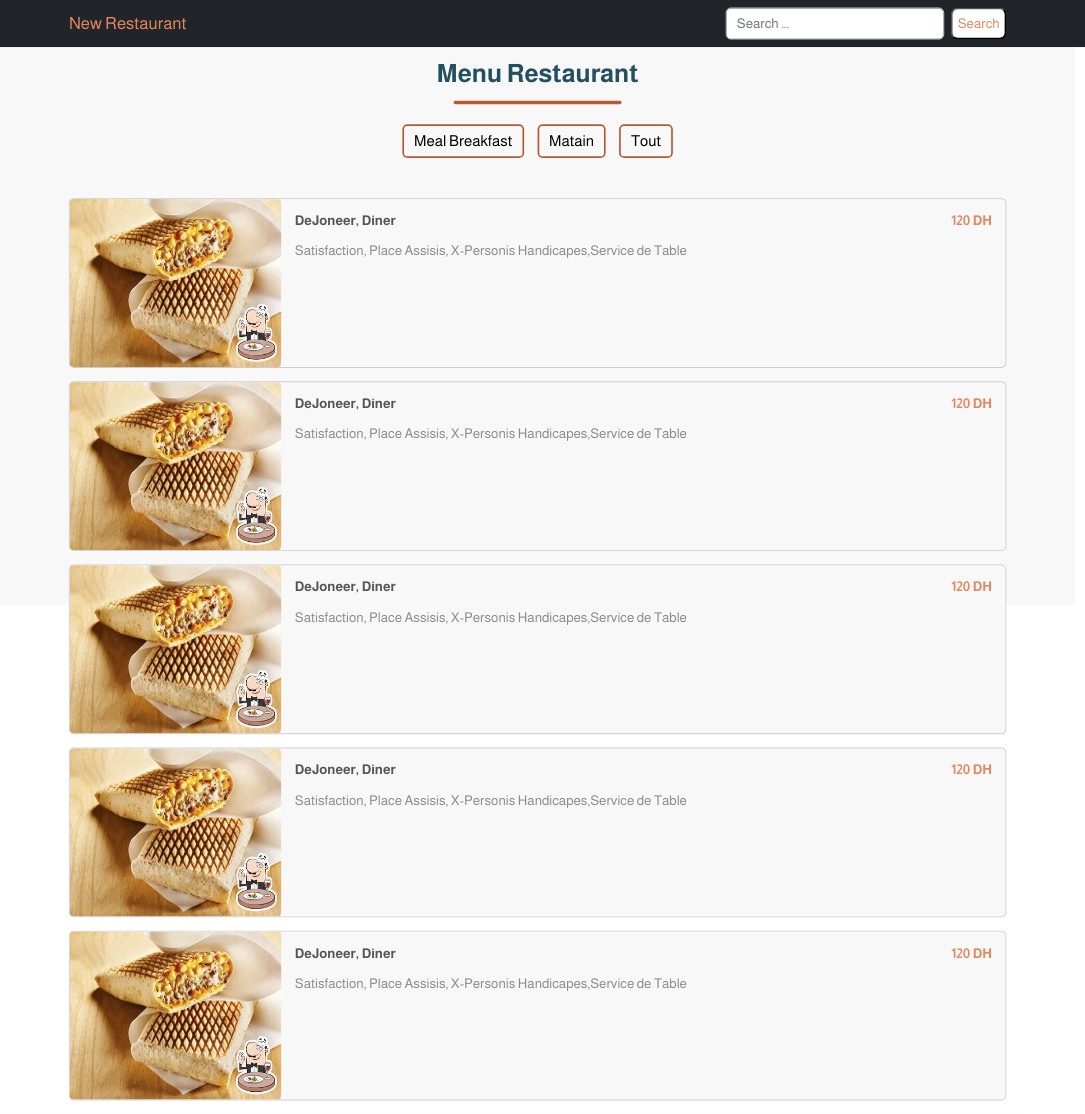
Repository: SD-Mdouka/react-table
Page: /
An editor plug-in stored every save of this project. The page is shown before and after the next save, followed by the edit.
The browser window is 1280 px wide. The page is 1292 px wide, so the pictures cover 1292 px, including what lies to the right of the window. The pictures show the whole page, at 84% of full size.
The project was rebuilt for these pictures with package versions that can differ from the ones it lists, and the page was loaded fresh each time.

Above is the page before, as saved 2022-10-12 11:50:02.

### public/index.html
<!DOCTYPE html>
<html lang="en">

<head>
    <meta charset="utf-8" />
    <link rel="icon" href="%PUBLIC_URL%/favicon.ico" />
    <meta name="viewport" content="width=device-width, initial-scale=1" />
    <meta name="theme-color" content="#000000" />
    <meta name="description" content="Web site created using create-react-app" />
    <link rel="apple-touch-icon" href="%PUBLIC_URL%/logo192.png" />
    <!--
      manifest.json provides metadata used when your web app is installed on a
      user's mobile device or desktop. See https://developers.google.com/web/fundamentals/web-app-manifest/
    -->
    <link rel="manifest" href="%PUBLIC_URL%/manifest.json" />
    <link rel="preconnect" href="https://fonts.googleapis.com" />
    <link rel="preconnect" href="https://fonts.gstatic.com" crossorigin />
    <link href="https://fonts.googleapis.com/css2?family=Almarai:wght@300;400;700;800&family=Cairo:wght@300&display=swap" rel="stylesheet" />

    <link rel="stylesheet" href="https://cdn.jsdelivr.net/npm/bootstrap@5.2.0-beta1/dist/css/bootstrap.min.css" integrity="sha384-0evHe/X+R7YkIZDRvuzKMRqM+OrBnVFBL6DOitfPri4tjfHxaWutUpFmBp4vmVor" crossorigin="anonymous" />
    <title>React App</title>
</head>

<body>
    <noscript>You need to enable JavaScript to run this app.</noscript>
    <div id="root"></div>
    <!--
      This HTML file is a template.
      If you open it directly in the browser, you will see an empty page.

      You can add webfonts, meta tags, or analytics to this file.
      The build step will place the bundled scripts into the <body> tag.

      To begin the development, run `npm start` or `yarn start`.
      To create a production bundle, use `npm run build` or `yarn build`.
    -->
</body>

</html>

### src/index.tsx
import React from "react";
import ReactDOM from "react-dom/client";
import "./index.css";
import "bootstrap/dist/css/bootstrap.min.css";
import reportWebVitals from "./reportWebVitals";
import { App } from "./App";

const root = ReactDOM.createRoot(
  document.getElementById("root") as HTMLElement
);
root.render(
  <React.StrictMode>
    <App />
  </React.StrictMode>
);

// If you want to start measuring performance in your app, pass a function
// to log results (for example: reportWebVitals(console.log))
// or send to an analytics endpoint. Learn more: https://bit.ly/CRA-vitals
reportWebVitals();

### src/App.tsx
import React from "react";
import TableMenu from "./react-table-filter/table-menu";

export const App = () => {
  return (
    <>
      <TableMenu />
    </>
  );
};

### src/react-table-filter/table-menu/index.tsx
import React, { useState } from "react";
import { Container } from "react-bootstrap";
import "./App.css";
import Category from "./components/Category";
import Header from "./components/Header";
import ItemsList from "./components/ItemsList";
import NavBar from "./components/Navbar";

import { ListProduct } from "./data";

const TableMenu = () => {
  const [itemData, setItemData] = useState(ListProduct);

  // filter by categories
  const filterbyCategory = (cat: string) => {
    if (cat === "Tout") {
      setItemData(ListProduct);
    } else {
      const newArr = ListProduct.filter((item) => item.category === cat);
      setItemData(newArr);
    }
  };
  //get all category filtering
  const allCat: any = [new Set(ListProduct.map((i) => i.category))];
  const ListCat = ["Tout", ...allCat[0]];

  return (
    <div className="color-body font">
      <NavBar />
      <Container>
        <Header />
        <Category filterbyCategory={filterbyCategory} ListCat={ListCat} />
        <ItemsList itemData={itemData} />
      </Container>
    </div>
  );
};

export default TableMenu;

### src/react-table-filter/table-menu/App.css
.color-body {
    background-color: #f8f8f8;
    height: 100vh;
}

.font {
    font-family: "Almarai", sans-serif;
}

.title {
    color: #224f61;
    font-family: Almarai;
    font-size: 30px;
    font-weight: bold;
    letter-spacing: 0;
    line-height: 64px;
}

.underline {
    height: 1px;
    width: 200px;
    border-radius: 10px;
    border: 2px solid #b45b35;
    background-color: #e4865d;
}

.btn {
    color: black !important;
    font-family: Almarai !important;
    font-size: 18px !important;
    letter-spacing: 0 !important;
    line-height: 24px !important;
    border: 2px solid #b45b35 !important;
}

.btn:hover {
    color: #fff !important;
    font-family: Almarai !important;
    font-size: 18px !important;
    font-weight: bold !important;
    letter-spacing: 0 !important;
    line-height: 24px !important;
    border-radius: 11px !important;
    border: none !important;
    background: #e4865d !important;
    -webkit-border-radius: 11px !important;
    -moz-border-radius: 11px !important;
    -ms-border-radius: 11px !important;
    -o-border-radius: 11px !important;
    transition: all 1s;
    -webkit-transition: all 1s;
    -moz-transition: all 1s;
    -ms-transition: all 1s;
    -o-transition: all 1s;
}

.img-item {
    height: 200px !important;
    width: 252px !important;
    border-radius: 5px;
}

.item-description {
    color: #8c8c8c;
    font-family: Almarai;
    font-size: 16px;
    letter-spacing: 0;
    line-height: 20px;
}

.item-title {
    color: #555555;
    font-family: Almarai;
    font-size: 16px;
    font-weight: bold;
    letter-spacing: 0;
    line-height: 20px;
}

.card-color {
    background-color: #f8f8f8;
}

.item-price {
    color: #e4865d;
    font-family: Almarai;
    font-size: 16px;
    font-weight: bold;
    letter-spacing: 0;
    line-height: 20px;
}

.btn-search {
    color: #e4865d;
    border-radius: 3px solid #e4865d;
    border-radius: 8px;
    background-color: white;
    -webkit-border-radius: 3px solid #e4865d;
    -moz-border-radius: 3px solid #e4865d;
    -ms-border-radius: 3px solid #e4865d;
    -o-border-radius: 3px solid #e4865d;
}

.btn-search:hover {
    color: white;
    border-radius: 3px solid white;
    background-color: #e4865d;
    border-radius: 8px;
    -webkit-border-radius: 3px solid white;
    -moz-border-radius: 3px solid white;
    -ms-border-radius: 3px solid white;
    -o-border-radius: 3px solid white;
}

.brand-color {
    color: #e4865d;
}

### src/react-table-filter/table-menu/components/Category.tsx
import { Row, Col } from "react-bootstrap";

const Category = ({ filterbyCategory }: { filterbyCategory: any }) => {
  const onFilter = (cat: string) => {
    filterbyCategory(cat);
  };
  return (
    <Row className="my-2 mb-5">
      <Col sm="12" className="d-flex justify-content-center">
        <div>
          <button
            onClick={() => onFilter("Meal Breakfast")}
            className="btn mx-2"
          >
            Meal Breakfast
          </button>
          <button className="btn mx-2">Matain</button>
          <button onClick={() => onFilter("Tout")} className="btn mx-2">
            Tout
          </button>
        </div>
      </Col>
    </Row>
  );
};

export default Category;

### src/react-table-filter/table-menu/components/Header.tsx
import { Row, Col } from "react-bootstrap";

const Header = () => {
  return (
    <Row>
      <Col sm="12" className="justify-content-center text-center">
        <div className="title">Menu Restaurant</div>
        <div className="justify-content-center d-flex">
          <p className="underline"></p>
        </div>
      </Col>
    </Row>
  );
};

export default Header;

### src/react-table-filter/table-menu/components/ItemsList.tsx
import { Row, Col, Card } from "react-bootstrap";

const ItemsList = ({ itemData }: { itemData: any }) => {
  return (
    <Row className="">
      {itemData.length >= 1 ? (
        itemData.map((item: any) => {
          const { id, title, imgUrl, price, description } = item;
          return (
            <Col sm="12" className="mb-3">
              <Card
                key={id}
                className="d-flex flex-row"
                style={{ backgroundColor: "#f8f8f8" }}
              >
                <Card.Img className="img-item" variant="top" src={imgUrl} />
                <Card.Body>
                  <Card.Title className="d-flex justify-content-between">
                    <div className="item-title">{title}</div>
                    <div className="item-price">{price}</div>
                  </Card.Title>
                  <Card.Text className="py-2">
                    <div className="item-description">{description}</div>
                  </Card.Text>
                </Card.Body>
              </Card>
            </Col>
          );
        })
      ) : (
        <h3 className="text-center">Aucun Des Categories </h3>
      )}
    </Row>
  );
};

export default ItemsList;

### src/react-table-filter/table-menu/components/Navbar.tsx
import { Container, Navbar, Row, Nav, Form } from "react-bootstrap";

const NavBar = () => {
  return (
    <Row>
      <Navbar bg="dark" variant="dark">
        <Container>
          <Navbar.Brand href="#">
            <div className="brand-color">New Restaurant</div>
          </Navbar.Brand>
          <Navbar.Toggle aria-controls="navbarScroll" />
          <Navbar.Collapse id="navbarScroll">
            <Nav
              className="me-auto my-2 my-lg-0"
              style={{ maxHeight: "100px" }}
              navbarScroll
            ></Nav>
            <Form className="d-flex">
              <Form.Control
                type="text"
                placeholder="Search ..."
                className="mx-2"
              />
              <button className="btn-search">Search</button>
            </Form>
          </Navbar.Collapse>
        </Container>
      </Navbar>
    </Row>
  );
};

export default NavBar;

### src/react-table-filter/table-menu/data.tsx
type Product = {
  id: number;
  title: string;
  description: string;
  price: string;
  category: string;
  imgUrl: string;
}[];

export const ListProduct: Product = [
  {
    id: Math.random(),
    title: "DeJoneer, Diner",
    description:
      "Satisfaction, Place Assisis, X-Personis Handicapes,Service de Table",
    price: "120 DH",
    category: "Meal Breakfast",
    imgUrl: "ra68-TACOS-DE-LILLE-food.jpg",
  },
  {
    id: Math.random(),
    title: "DeJoneer, Diner",
    description:
      "Satisfaction, Place Assisis, X-Personis Handicapes,Service de Table",
    price: "120 DH",
    category: "Meal Lunch",
    imgUrl: "ra68-TACOS-DE-LILLE-food.jpg",
  },
  {
    id: Math.random(),
    title: "DeJoneer, Diner",
    description:
      "Satisfaction, Place Assisis, X-Personis Handicapes,Service de Table",
    price: "120 DH",
    category: "Meal Dinner",
    imgUrl: "ra68-TACOS-DE-LILLE-food.jpg",
  },
  {
    id: Math.random(),
    title: "DeJoneer, Diner",
    description:
      "Satisfaction, Place Assisis, X-Personis Handicapes,Service de Table",
    price: "120 DH",
    category: "Meal Breakfast",
    imgUrl: "ra68-TACOS-DE-LILLE-food.jpg",
  },
  {
    id: Math.random(),
    title: "DeJoneer, Diner",
    description:
      "Satisfaction, Place Assisis, X-Personis Handicapes,Service de Table",
    price: "120 DH",
    category: "Meal Dinner",
    imgUrl: "ra68-TACOS-DE-LILLE-food.jpg",
  },
];

Loaded but not shown: src/index.css (common file); src/reportWebVitals.ts (common file)

After the next save:
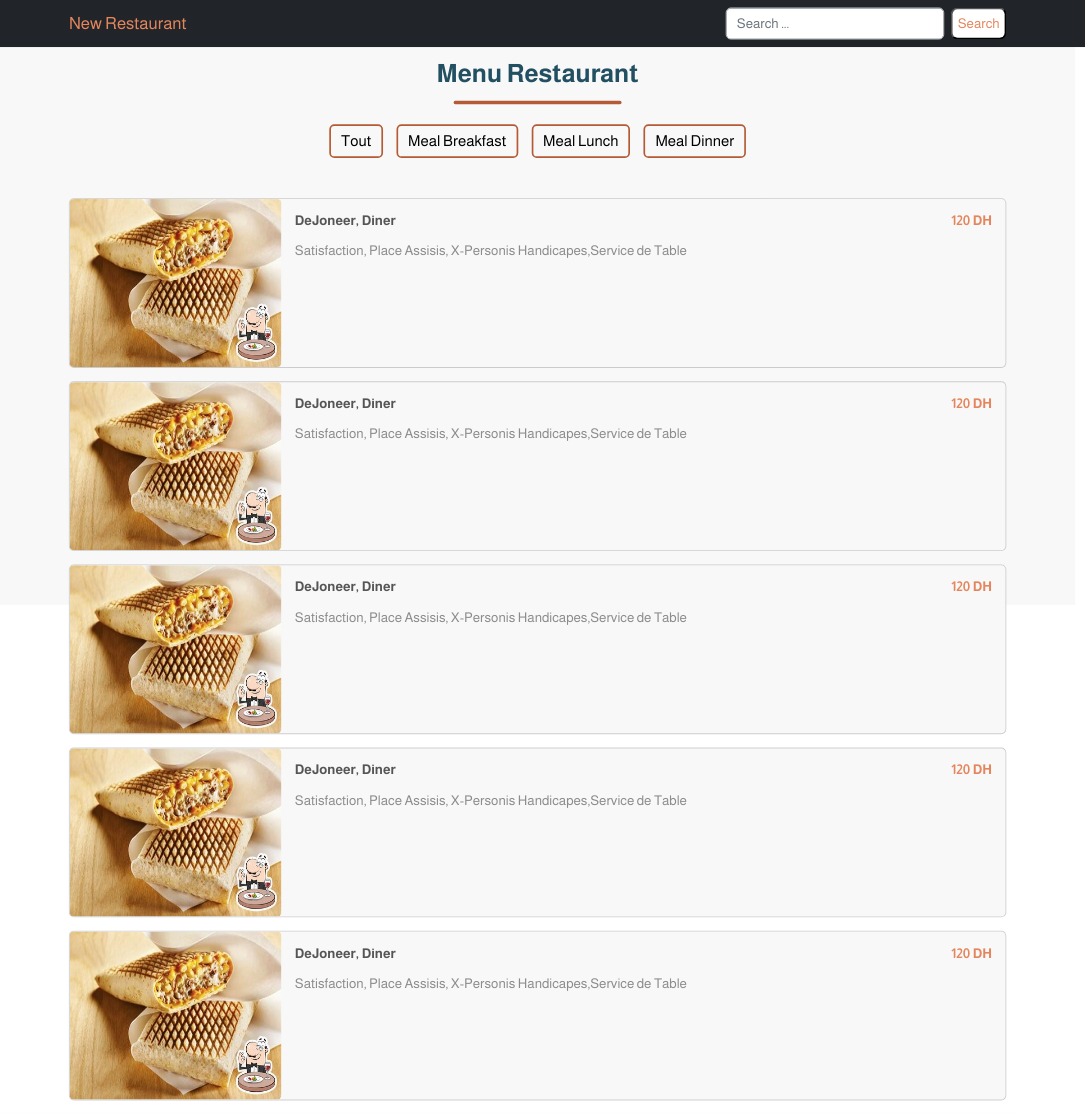
Saved 7 min 34 s later.
--- a/src/react-table-filter/table-menu/components/Category.tsx
+++ b/src/react-table-filter/table-menu/components/Category.tsx
@@ -1,24 +1,26 @@
 import { Row, Col } from "react-bootstrap";
 
-const Category = ({ filterbyCategory }: { filterbyCategory: any }) => {
+const Category = ({ filterbyCategory, ListCat }: any) => {
+  //Filter by category
   const onFilter = (cat: string) => {
     filterbyCategory(cat);
   };
   return (
     <Row className="my-2 mb-5">
       <Col sm="12" className="d-flex justify-content-center">
-        <div>
-          <button
-            onClick={() => onFilter("Meal Breakfast")}
-            className="btn mx-2"
-          >
-            Meal Breakfast
-          </button>
-          <button className="btn mx-2">Matain</button>
-          <button onClick={() => onFilter("Tout")} className="btn mx-2">
-            Tout
-          </button>
-        </div>
+        {ListCat.length >= 1 ? (
+          ListCat.map((cat: string) => {
+            return (
+              <div>
+                <button onClick={() => onFilter(cat)} className="btn mx-2">
+                  {cat}
+                </button>
+              </div>
+            );
+          })
+        ) : (
+          <h4>Aucun category</h4>
+        )}
       </Col>
     </Row>
   );
